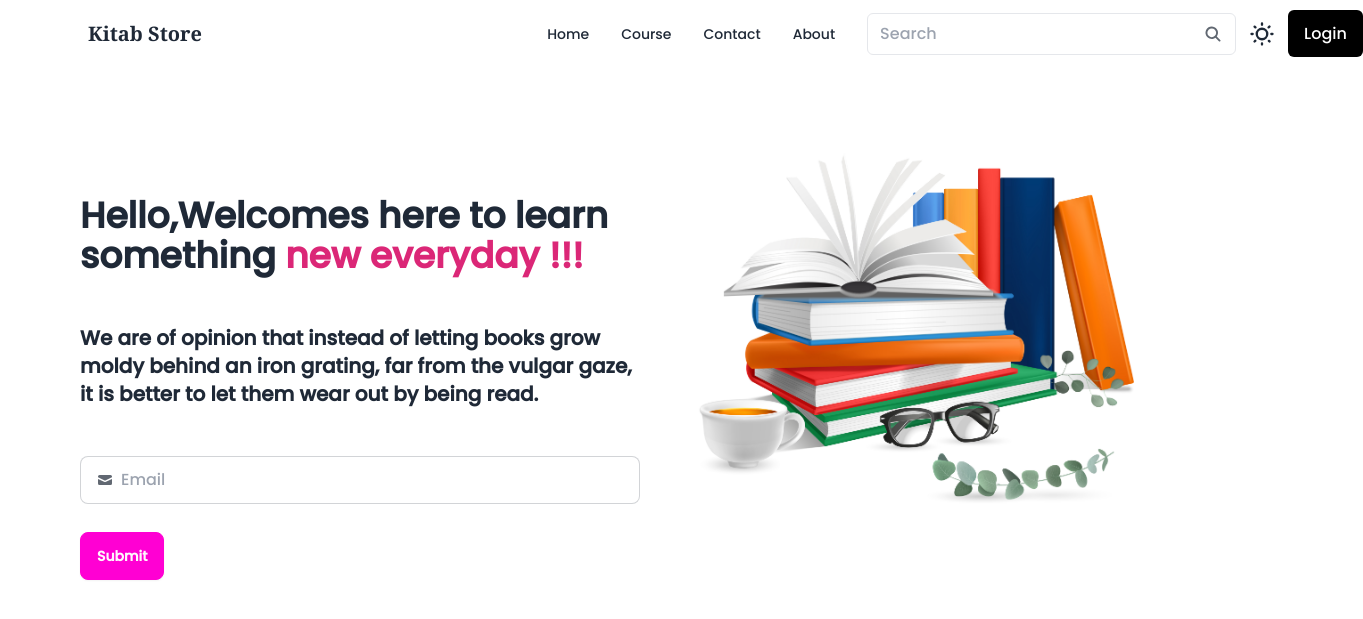
Repository: diensy/Kitab.com
Page: / (app in Frontend/)
The author's editor kept a copy of each file at every save. The page is drawn from the files as they stood at one save, then again after the next save.
The browser window is 1280 px wide. The page is 1363 px wide, so the pictures cover 1363 px, including what lies to the right of the window. The pictures show the whole page.
The project was rebuilt for these pictures with package versions that can differ from the ones it lists, and the page was loaded fresh each time. Also part of the build but not shown: Frontend/vite.config.js.

Above is the page before, as saved 2024-07-28 23:46:50.

After the next save:
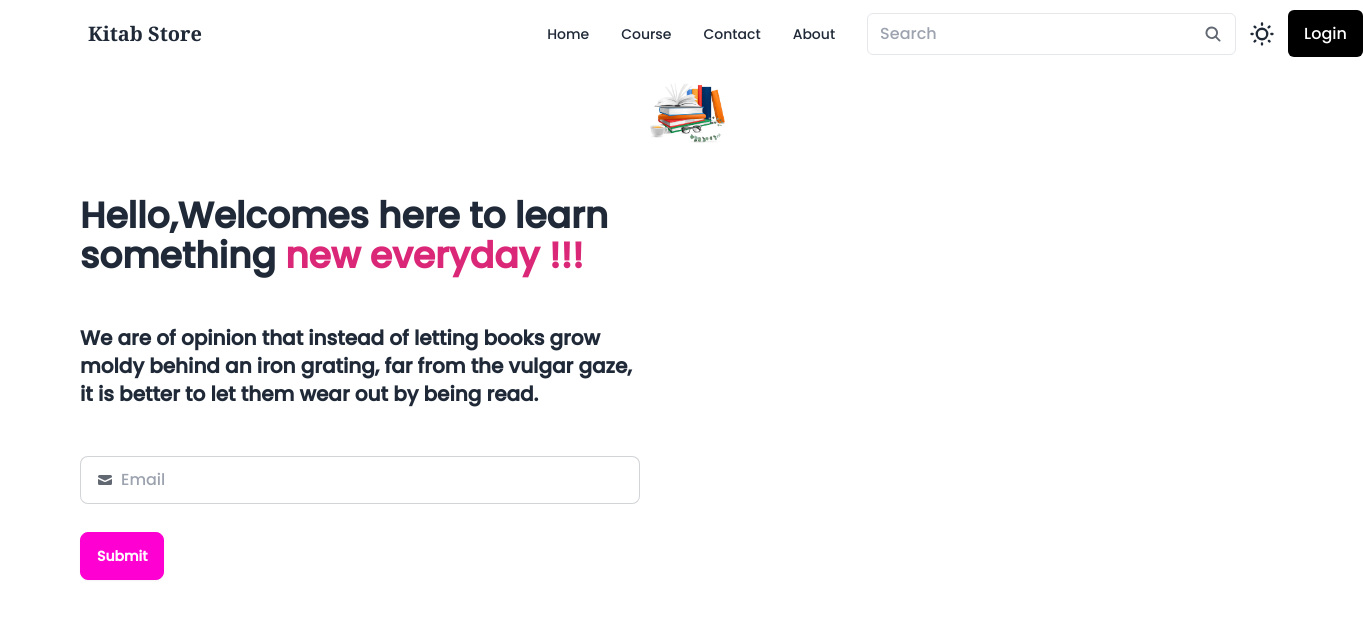
Saved 6 s later.
--- a/Frontend/src/Components/Banner.jsx
+++ b/Frontend/src/Components/Banner.jsx
@@ -31,7 +31,7 @@ const Banner = () => {
           <button className="btn btn-secondary mt-7">Submit</button>
         </div>
         <div className="w-full md:w-1/2">
-          <img src="public/Banner.jpg" alt="Books" className="w-" />
+          <img src="public/Banner.jpg" alt="Books" className="w-24" />
         </div>
       </div>
     </>
